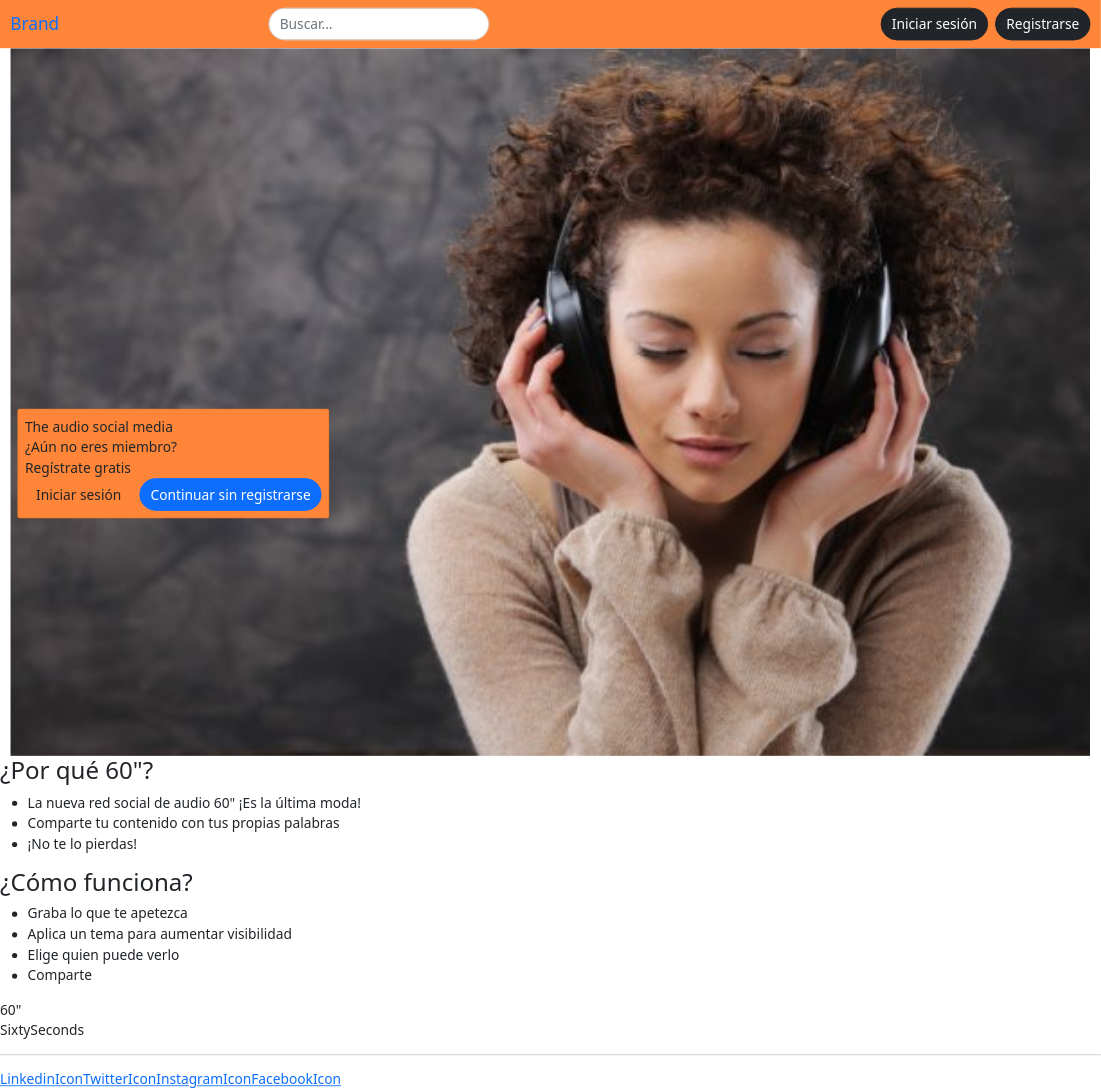
Repository: Zapulin/react-sixtySeconds-front
Page: /
An editor plug-in stored every save of this project. The page is shown before and after a run of saves, followed by the edit.
The browser window is 1280 px wide. The pictures show the whole page, at 86% of full size.
The project was rebuilt for these pictures with package versions that can differ from the ones it lists, and the page was loaded fresh each time. Also part of the build but not shown: src/Components/Login.js, src/Components/Signup.js, src/Components/Publish.js, src/Components/Activity.js, src/Components/Navbar.js, src/Components/Categories.js, src/Components/IconProfile.js, src/Components/Recorder.js and 10 more. Imported but missing from the stored project, and not drawn on this page: src/Samples/AUDIOMP3.mp3, src/Samples/AUDIOOGG.ogg.

Above is the page before, as saved 2022-04-13 15:00:19.

### src/index.js
import React from 'react';
import ReactDOM from 'react-dom';
import App from './App';
import './index.css';
import 'bootstrap/dist/css/bootstrap.min.css';

ReactDOM.render(
  <React.StrictMode>
    <App />
  </React.StrictMode>,
  document.getElementById('root')
);

### src/App.js
import { BrowserRouter, Routes, Route } from 'react-router-dom';

//Pages
import Home from './Pages/Home';
import Feed from './Pages/Feed';
import User from './Pages/Profile';
import NotFound from './Pages/NotFound';

function App() {
  return (
    <BrowserRouter>
      <Routes>
        <Route path='/' element={<Home/>} />
        <Route path='/feed' element={<Feed/>} />
        <Route path='/profile/:id' element={<User/>} />
        <Route path='*' element={<NotFound/>} />
      </Routes>
    </BrowserRouter>
  );
}

export default App;

### src/Pages/Home.js
import top_image from "../Resources/images/top_image.svg";
import "../stylesheets/NavbarHome.css";

//Components
import Footer from '../Components/Footer'
import NavbarHome from '../Components/NavbarHome'

function Home() {

  return (
    <>
    <NavbarHome/>
      <div className="container-fluid">
          <div className="position-relative">
            <img className="img-fluid" src={top_image} alt="" />
            <div className="card rounded m-2 p-2 position-absolute top-50" style={{background:'#FF8638'}}>
                 <span> The audio social media </span>
                 <span> ¿Aún no eres miembro? </span>
                 <span> Regístrate gratis </span>
                <div className="d-flex justify-content-between">
                    <button className="btn rounded-pill"> Iniciar sesión</button>
                    <button className="btn btn-primary ms-2 rounded-pill"> Continuar sin registrarse </button>
                </div>
            </div>
        </div>
      </div>
      <div>
        <div>
            <h3>¿Por qué 60"?</h3>
            <ul>
                <li><span>La nueva red social de audio 60" ¡Es la última moda!</span></li>
                <li><span>Comparte tu contenido con tus propias palabras</span></li>
                <li><span>¡No te lo pierdas!</span></li>
            </ul>
        </div>
        <div>
            <h3>¿Cómo funciona?</h3>
            <ul>
                <li><span>Graba lo que te apetezca</span></li>
                <li><span>Aplica un tema para aumentar visibilidad</span></li>
                <li><span>Elige quien puede verlo</span></li>
                <li><span>Comparte</span></li>
            </ul>
        </div>
      </div>
      <Footer/>
    </>
  );
}

export default Home;

### src/stylesheets/NavbarHome.css
.bd-placeholder-img {
    font-size: 1.125rem;
    text-anchor: middle;
    -webkit-user-select: none;
    -moz-user-select: none;
    user-select: none;
  }

  @media (min-width: 768px) {
    .bd-placeholder-img-lg {
      font-size: 3.5rem;
    }
  }

  nav {
      background-color: #FF8638;
  }

  button {
    background-color: #403D3D;
  }

### src/Components/Footer.js

function Footer() {
  return (
  	<footer>
		<div className="circle">
			<span>60"</span><br /><span>SixtySeconds</span><br /><hr />
			<a href="https://www.linkedin.com" target="_blank">LinkedinIcon{ /* TODO: add linkedIn icon */ }</a>
			<a href="https://twitter.com" target="_blank">TwitterIcon{ /* TODO: add twitter icon */ }</a>
			<a href="https://www.instagram.com" target="_blank">InstagramIcon{ /* TODO: add instagram icon */ }</a>
			<a href="https://www.facebook.com" target="_blank">FacebookIcon{ /* TODO: add facebook icon */ }</a>
		</div>
	</footer>
  );
}

export default Footer;

### src/Components/NavbarHome.js
import "../stylesheets/NavbarHome.css";

function NavbarHome() {

	return (

    <>
    <nav className="navbar navbar-expand-lg">
      <div className="container-fluid">
          {/* Logo - por ahora es un link  */}
        <a href="#" className="navbar-brand">
          Brand
        </a>
        <button
          type="button"
          className="navbar-toggler"
          data-bs-toggle="collapse"
          data-bs-target="#navbarCollapse1"
        >
          <i className="fa fa-bars"></i>
        </button>
        <div className="collapse navbar-collapse" id="navbarCollapse1">
          <div className="form my-2 my-lg-0 mx-auto">
            <input
              className="form-control mr-sm-2 rounded-pill"
              type="search"
              placeholder="Buscar..."
              aria-label="Search"
            />
          </div>
          {/* <div class="navbar-nav">
                  <a href="#" class="nav-item nav-link active">Home</a>
                  <a href="#" class="nav-item nav-link">About</a>
                  <a href="#" class="nav-item nav-link">Products</a>
              </div> */}
          {/* Buttons */}
          <div className="d-flex ms-auto gap-2">
            {/* <input type="text" class="form-control me-sm-2" placeholder="Search"/> */}
            <button type="button" className="btn btn-dark rounded-pill">
              Iniciar sesión
            </button>
            <button type="button" className="btn btn-dark rounded-pill">
              Registrarse
            </button>
          </div>
        </div>
      </div>
    </nav>

    <header className="text-white" id="navbar-color">
      <div className="row">
        {/* <ul class="nav col-12 col-lg-auto me-lg-auto mb-2 justify-content-center mb-md-0">

    <form class="col-12 col-lg-auto mb-3 mb-lg-0 me-lg-3">

    </form>
    </ul> */}
        <div className="col-5"></div>
        <div className="col-4"></div>

        <div className="col-3 d-lg-flex gap-2">
          {/* <button type="button" class="btn btn-dark rounded-pill">
                Iniciar sesión
              </button> */}

          {/* <button type="button" class="btn btn-dark rounded-pill">
                Registrarse
              </button> */}
        </div>
      </div>
    </header>
  </>
);
}

export default NavbarHome;

Loaded but not shown: public/index.html (common file); src/index.css (common file)

After the next 4 saves:
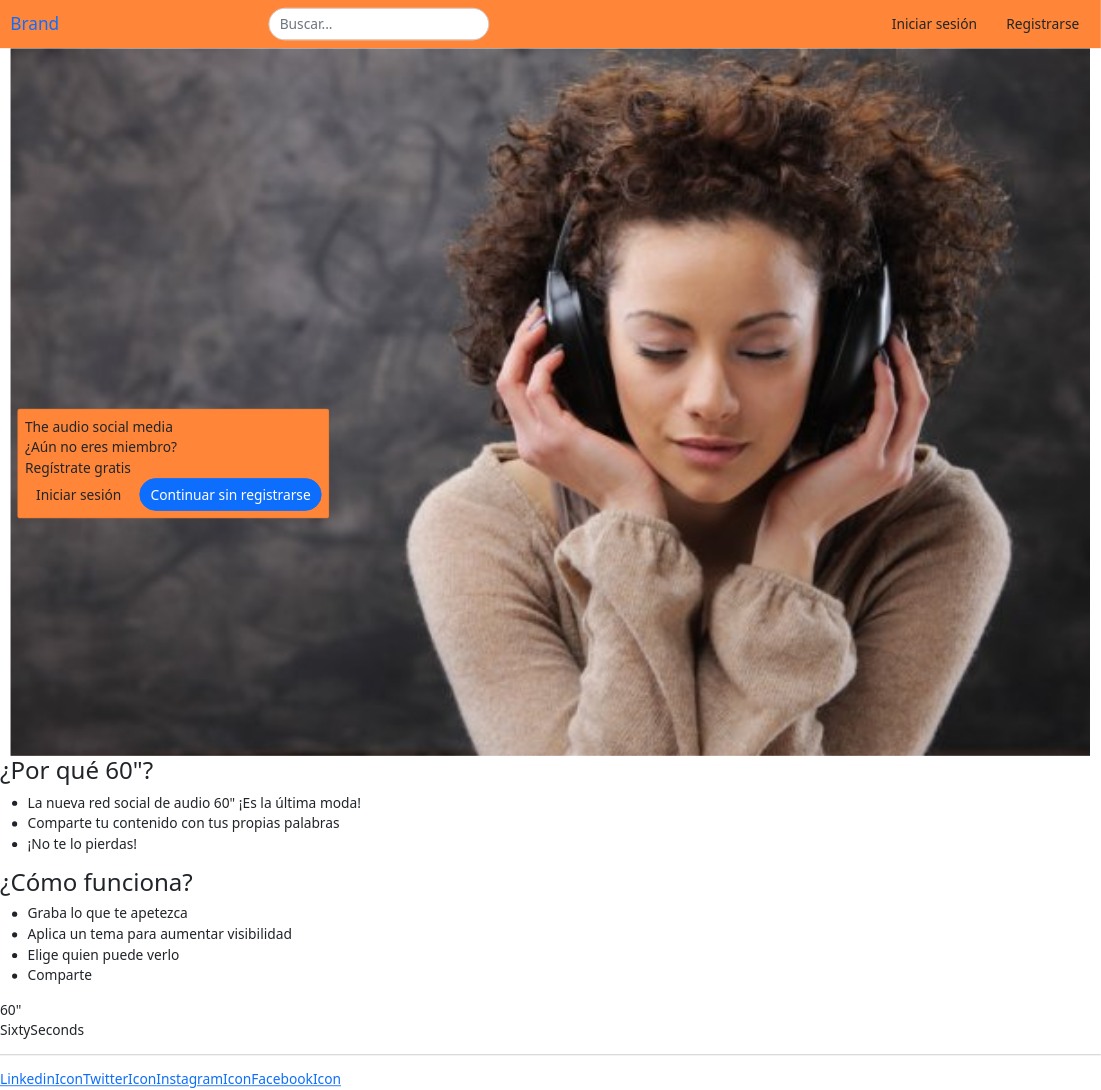
The 4 saves are shown as one change because they came seconds apart.
The last was saved 30 s later.
--- a/src/Components/NavbarHome.js
+++ b/src/Components/NavbarHome.js
@@ -36,10 +36,10 @@
           {/* Buttons */}
           <div className="d-flex ms-auto gap-2">
             {/* <input type="text" class="form-control me-sm-2" placeholder="Search"/> */}
-            <button type="button" className="btn btn-dark rounded-pill">
+            <button type="button" className="btn rounded-pill">
               Iniciar sesión
             </button>
-            <button type="button" className="btn btn-dark rounded-pill">
+            <button type="button" className="btn rounded-pill">
               Registrarse
             </button>
           </div>
